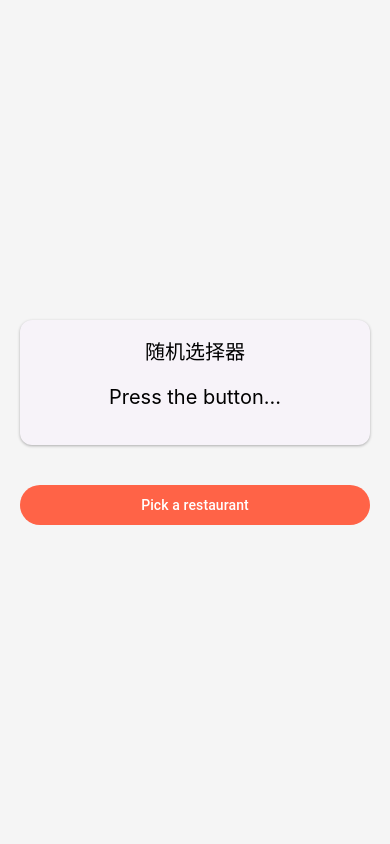
Repository: RidenShogunei/react-native-liveapp
Page: /Res (app in LiveTool/)
The author's editor kept a copy of each file at every save. The page is drawn from the files as they stood at one save, then again after the next save.
The browser window is 390 px wide. The pictures show the whole page.
The page's requests for data from a server got no answer. The app was drawn by React Native's web renderer in a window 390 px wide. The project was rebuilt for these pictures with package versions that can differ from the ones it lists, and the page was loaded fresh each time. No one was signed in, and anything a server would have sent is missing.

Above is the page before, as saved 2024-05-12 12:51:01.

### LiveTool/App.tsx
import React from 'react';
import {NavigationContainer} from '@react-navigation/native';
import {createStackNavigator} from '@react-navigation/stack';
import MainPage from './pages/mian';
import {PaperProvider} from 'react-native-paper';
import {MD3LightTheme as DefaultTheme} from 'react-native-paper';
import Res from './pages/chooseRestaurant';
// 创建一个 Stack Navigator
const Stack = createStackNavigator();
const theme = {
  ...DefaultTheme,
  colors: {
    ...DefaultTheme.colors,
    primary: 'tomato',
    secondary: 'yellow',
  },
};
function App() {
  return (
    <PaperProvider theme={theme}>
      <NavigationContainer>
        <Stack.Navigator initialRouteName="Main">
          <Stack.Screen
            name="Main"
            component={MainPage}
            options={{headerShown: false}}
          />
          <Stack.Screen
            name="Res"
            component={Res}
            options={{headerShown: false}}
          />
        </Stack.Navigator>
      </NavigationContainer>
    </PaperProvider>
  );
}

export default App;

### LiveTool/pages/mian.tsx
import React, {useState, useEffect} from 'react';
import {View, Text, ScrollView, Dimensions, StyleSheet} from 'react-native';
import {Card, Button} from 'react-native-paper';
import {Picker} from '@react-native-picker/picker';
const {width: viewportWidth} = Dimensions.get('window');

function MainPage({ navigation }) {
  const [weather, setWeather] = useState(null);
  const [city, setCity] = useState(101010100);
  useEffect(() => {
    fetch(
      `https://devapi.qweather.com/v7/weather/now?location=${city}&key=acfa15e64b854efcb254f98a8b29568e`,
    )
      .then(response => {
        console.log('Response status:', response.status);
        return response.json();
      })
      .then(data => {
        console.log('Weather data:', data);
        setWeather(data);
      })
      .catch(error => {
        console.error('Error fetching weather data:', error);
      });
  }, [city]);

  return (
    <ScrollView contentContainerStyle={{flexGrow: 1}}>
      <ScrollView
        horizontal
        pagingEnabled
        showsHorizontalScrollIndicator={false}
        contentContainerStyle={{
          alignItems: 'center',
          justifyContent: 'center',
        }}>
        {weather && (
          <Card style={{width: viewportWidth}}>
            <Card.Content>
              <Text style={styles.text}>实时天气</Text>
              <Picker
                selectedValue={city}
                style={{
                  height: 50,
                  width: 120,
                  borderWidth: 1,
                  borderColor: '#000',
                  shadowColor: '#000',
                  shadowOffset: {width: 0, height: 2},
                  shadowOpacity: 0.8,
                  shadowRadius: 2,
                  elevation: 1,
                }}
                onValueChange={(itemValue, itemIndex) => setCity(itemValue)}>
                <Picker.Item label="北京" value="101010100" />
                <Picker.Item label="上海" value="101020100" />
                <Picker.Item label="嘉定" value="101020500" />
                {/* 更多城市省略... */}
              </Picker>
              <Text>{`Temperature: ${weather.now.temp}度`}</Text>
              <Text>{`Feels Like: ${weather.now.feelsLike}度`}</Text>
              <Text>{`Weather: ${weather.now.text}`}</Text>
              <Text>{`Wind Direction: ${weather.now.windDir}`}</Text>
              <Text>{`Wind Scale: ${weather.now.windScale}级`}</Text>
            </Card.Content>
          </Card>
        )}
      </ScrollView>

      <View>
        <Card style={{margin: 10}}>
          <Card.Content>
            <Text style={styles.text}>选餐馆{'\n'}</Text>
            <Button
              mode="contained"
              onPress={() => navigation.navigate('Res')}>
              Press me
            </Button>
          </Card.Content>
        </Card>
        <Card style={{margin: 10}}>
          <Card.Content>
            <Text style={styles.text}>Card content{'\n'}</Text>
            <Button
              mode="contained"
              onPress={() => console.log('Button pressed')}>
              Press me
            </Button>
          </Card.Content>
        </Card>
        <Card style={{margin: 10}}>
          <Card.Content>
            <Text style={styles.text}>More card content{'\n'}</Text>
            <Button
              mode="contained"
              onPress={() => console.log('Another button pressed')}>
              Press me
            </Button>
          </Card.Content>
        </Card>
        {/* 更多的 Card... */}
      </View>
    </ScrollView>
  );
}
const styles = StyleSheet.create({
  container: {
    flex: 1,
    backgroundColor: '#fff',
    alignItems: 'center',
    justifyContent: 'center',
  },
  text: {
    textAlign: 'center',
    fontSize: 20,
  },
});
export default MainPage;

### LiveTool/pages/chooseRestaurant.tsx
import React, {useState} from 'react';
import {View, Text, StyleSheet} from 'react-native';
import {Button, Card} from 'react-native-paper';

const RestaurantPicker = () => {
  const [selectedRestaurant, setSelectedRestaurant] = useState(
    'Press the button...',
  );
  const restaurants = [
    'KFC',
    'MacDonalds',
    'Burger King',
    'Pizza Hut',
    'Taco Bell',
    'Subway',
    'Starbucks',
    "Domino's",
  ];

  const selectRestaurant = () => {
    let index = 0;
    const intervalId = setInterval(() => {
      setSelectedRestaurant(restaurants[index]);
      index = index === restaurants.length - 1 ? 0 : index + 1;
    }, 100);

    setTimeout(() => clearInterval(intervalId), 2000); // after 2 seconds, the name will stop changing
  };

  return (
    <View style={styles.container}>
      <Card style={styles.card}>
        <Card.Content>
          <Text style={{fontSize: 20, textAlign: 'center',color:'black'}}>
            随机选择器
          </Text>
          <Text style={styles.text}>{selectedRestaurant}</Text>
        </Card.Content>
      </Card>
      <Button mode="contained" onPress={selectRestaurant} style={styles.button}>
        Pick a restaurant
      </Button>
    </View>
  );
};

const styles = StyleSheet.create({
  container: {
    flex: 1,
    justifyContent: 'center',
    paddingHorizontal: 20,
    backgroundColor: '#f5f5f5',
  },
  text: {
    fontSize: 20,
    textAlign: 'center',
    marginVertical: 20,
  },
  card: {
    marginBottom: 20,
  },
  button: {
    marginTop: 20,
  },
});

export default RestaurantPicker;

After the next save:
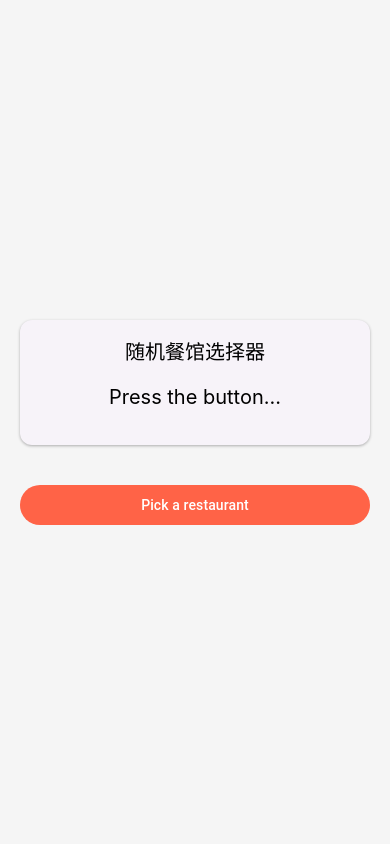
Saved 9 s later.
--- a/LiveTool/pages/chooseRestaurant.tsx
+++ b/LiveTool/pages/chooseRestaurant.tsx
@@ -32,7 +32,7 @@ const RestaurantPicker = () => {
       <Card style={styles.card}>
         <Card.Content>
           <Text style={{fontSize: 20, textAlign: 'center',color:'black'}}>
-            随机选择器
+            随机餐馆选择器
           </Text>
           <Text style={styles.text}>{selectedRestaurant}</Text>
         </Card.Content>
